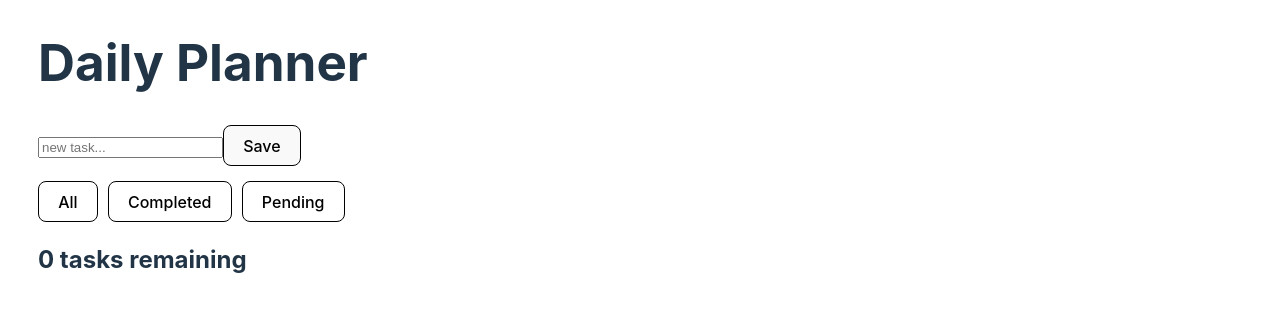
Repository: leslie179/labfour
Page: / (app in labfour/)
An editor plug-in stored every save of this project. The page is shown before and after the next save, followed by the edit.
The browser window is 1280 px wide. The pictures show the whole page.
The project was rebuilt for these pictures with package versions that can differ from the ones it lists, and the page was loaded fresh each time. Also part of the build but not shown: labfour/vite.config.js, labfour/src/components/Task.jsx.

Above is the page before, as saved 2024-10-27 19:50:15.

### labfour/src/index.css
:root {
  font-family: Inter, system-ui, Avenir, Helvetica, Arial, sans-serif;
  line-height: 1.5;
  font-weight: 400;

  color-scheme: light dark;
  color: rgba(255, 255, 255, 0.87);
  background-color: #242424;

  font-synthesis: none;
  text-rendering: optimizeLegibility;
  -webkit-font-smoothing: antialiased;
  -moz-osx-font-smoothing: grayscale;
}

a {
  font-weight: 500;
  color: #646cff;
  text-decoration: inherit;
}
a:hover {
  color: #535bf2;
}

.task-checkbox{
  margin-right: 10px;
}
h1 {
  font-size: 3.2em;
  line-height: 1.1;
}

button {
  border-radius: 8px;
  border: 1px solid transparent;
  padding: 0.6em 1.2em;
  font-size: 1em;
  font-weight: 500;
  font-family: inherit;
  background-color: #1a1a1a;
  cursor: pointer;
  transition: border-color 0.25s;
  border: 1px solid black;
  background-color: white;
}
button:hover {
  border-color: #646cff;
}
button:focus,
button:focus-visible {
  outline: 4px auto -webkit-focus-ring-color;
}

@media (prefers-color-scheme: light) {
  :root {
    color: #213547;
    background-color: #ffffff;
  }
  a:hover {
    color: #747bff;
  }
  button {
    background-color: #f9f9f9;
  }
}

### labfour/src/App.jsx
import { useState } from 'react';
import './App.css';
import Task from './components/Task';
import TaskForm from './components/TaskForm';

function App() {
  const [tasks, setTasks] = useState([]);
  const [filter, setFilter] = useState("All");

  const remainingTasks = tasks.filter(task => !task.completed).length;

  return (
    <div className="main">
      <h1>Daily Planner</h1>
      <TaskForm setTasks={setTasks} />

      <button className="filter-button" onClick={() => setFilter("All")}>All</button>
      <button className="filter-button" onClick={() => setFilter("Completed")}>Completed</button>
      <button className="filter-button" onClick={() => setFilter("Pending")}>Pending</button>

      <h2>{remainingTasks} task{remainingTasks !== 1 ? 's' : ''} remaining</h2>

      <ul>
        {tasks.filter((task) => {
          if (filter === "All") return true;
          if (filter === "Completed") return task.completed;
          return !task.completed;
        }).map((task, i) => (
          <Task key={i} task={task} setTasks={setTasks} index={i} />
        ))}
      </ul>
    </div>
  );
}

export default App;

### labfour/src/App.css
.task-item {
  display: flex;
  align-items: center;
  margin-bottom: 10px;
}

.task-checkbox {
  margin-right: 10px;
}

.task-font {
  font-size: 18px;
  font-weight: bold;
  color: #333;
  flex-grow: 1;
  min-width: 150px;
  max-width: 300px;
  overflow: hidden;
  text-overflow: ellipsis;
  white-space: nowrap;
}

.filter-button{
  border: 1px solid black;
  background-color: white;
  margin-right: 10px;
  margin-top: 15px;
}

.completed {
  text-decoration: line-through;
  color: #999;
}

.task-button {
  margin-left: 10px;
  padding: 5px 10px;
  background-color: #00800a;
  color: black;
  border: none;
  border-radius: 5px;
  cursor: pointer;
  border: 1px solid black;
  background-color: white;
}

.main{
  padding-left: 30px;
}

### labfour/src/components/TaskForm.jsx
import { useState } from "react";

function TaskForm({ setTasks }) {
    const [currentTask, setCurrentTask] = useState(""); // Initialize with an empty string

    const save = () => {
        if (currentTask.trim() === "") return; // Prevent adding empty tasks
        setTasks((currentTasks) => {
            const tmpTasks = [...currentTasks]; // deep copy
            tmpTasks.push({ task: currentTask, completed: false });
            return tmpTasks;
        });
        setCurrentTask(""); // Reset input field after saving
    };

    return (
      <div>
        <input
          className="input"
          type="text"
          onChange={(e) => setCurrentTask(e.target.value)}
          value={currentTask}
          placeholder="new task..."
        />
        <button className="save" onClick={save}>Save</button>
      </div>
    );
}

export default TaskForm;

Loaded but not shown: labfour/index.html (common file); labfour/src/main.jsx (common file)

After the next save:
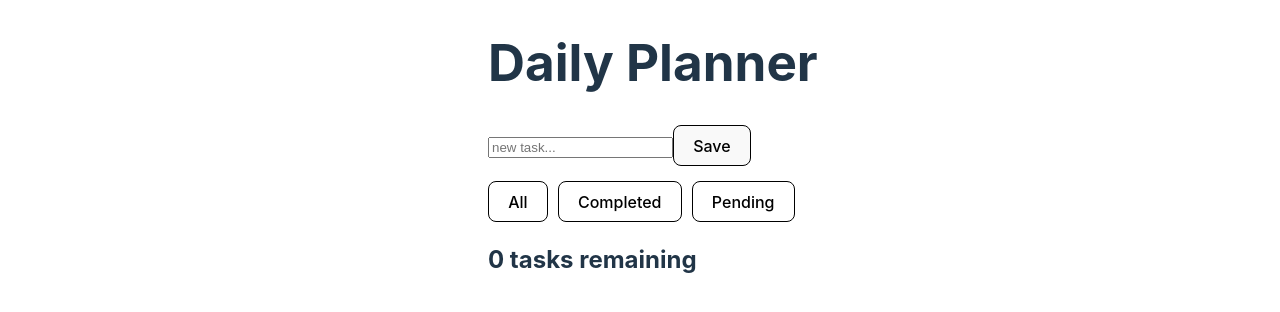
Saved 8 s later.
--- a/labfour/src/App.css
+++ b/labfour/src/App.css
@@ -45,5 +45,5 @@
 }
 
 .main{
-  padding-left: 30px;
+  padding-left: 30rem;
 }
